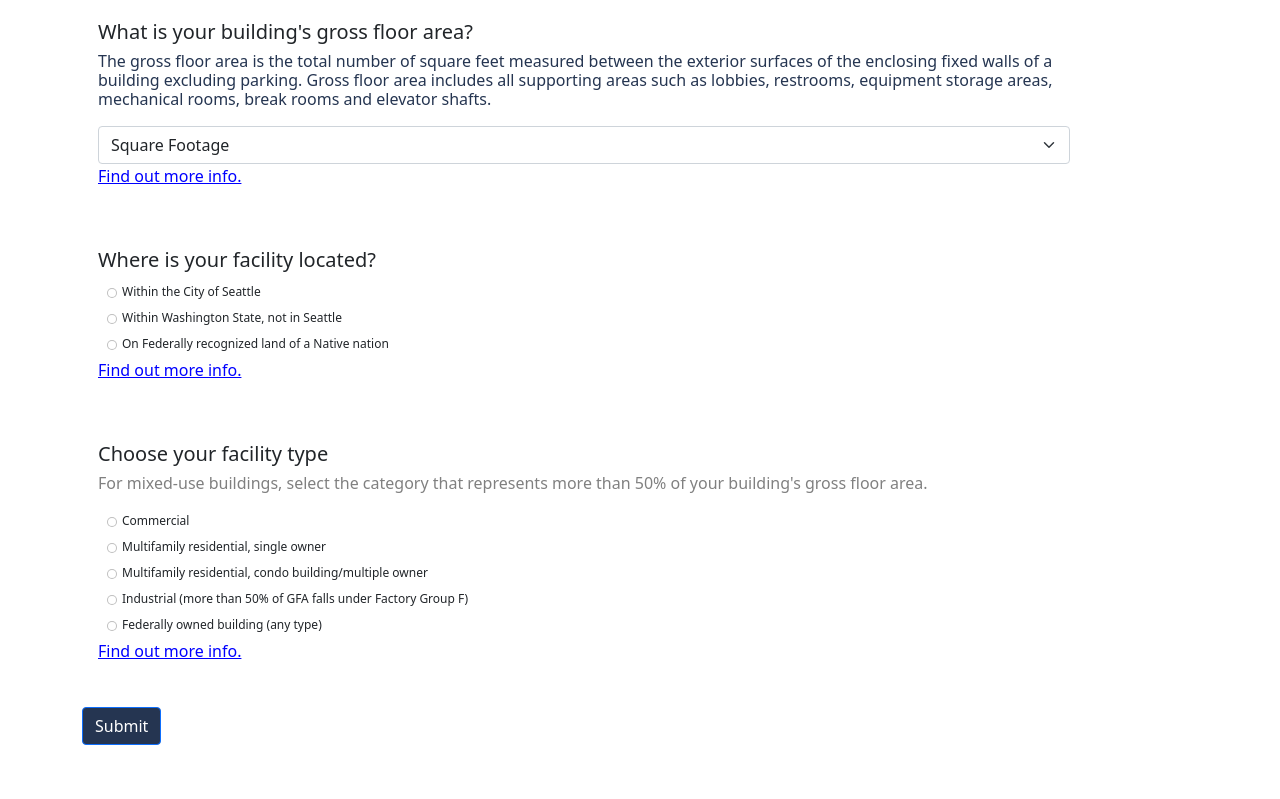
Repository: ChaidGPT/SershonSystemsQuiz
Page: index.html
These files come from the project's save history. The page is drawn as it stood at one moment and after the next save; the edit follows.
The browser window is 1280 px wide. The pictures show the whole page.

Above is the page before, as saved 2023-07-13 13:30:05.

After the next save:
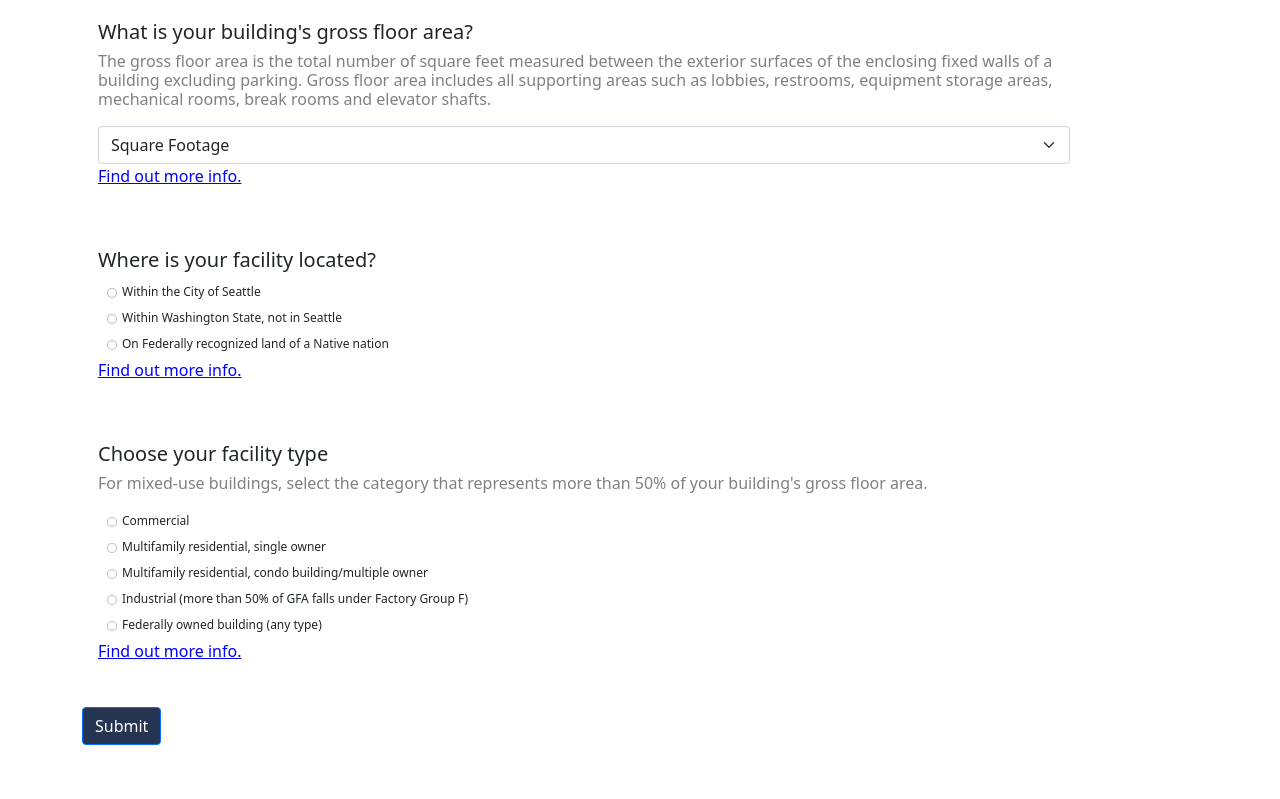
Saved 5 min 23 s later.
--- a/index.html
+++ b/index.html
@@ -55,6 +55,10 @@
   text-align: justify;
   font-size: 12px;
 }
+p {
+  color: #253551;
+}
+
 	</style>
 </head>
 
@@ -64,7 +68,7 @@
 		<div class="card mb-1 mt-1">
 			<div class="card-body">
 				<h5 class="card-title">What is your building's gross floor area?</h5>
-        <p class="card-text" style="color: #253551;">The gross floor area is the total number of square feet measured between the exterior surfaces of the enclosing fixed walls of a building excluding parking. Gross floor area includes all supporting areas such as lobbies, restrooms, equipment storage areas, mechanical rooms, break rooms and elevator shafts.</p>
+        <p class="card-text">The gross floor area is the total number of square feet measured between the exterior surfaces of the enclosing fixed walls of a building excluding parking. Gross floor area includes all supporting areas such as lobbies, restrooms, equipment storage areas, mechanical rooms, break rooms and elevator shafts.</p>
 				<div class="form-group">
 					<select id="buildingSize" type="number" class="form-select">
 						<option value="">Square Footage</option>
